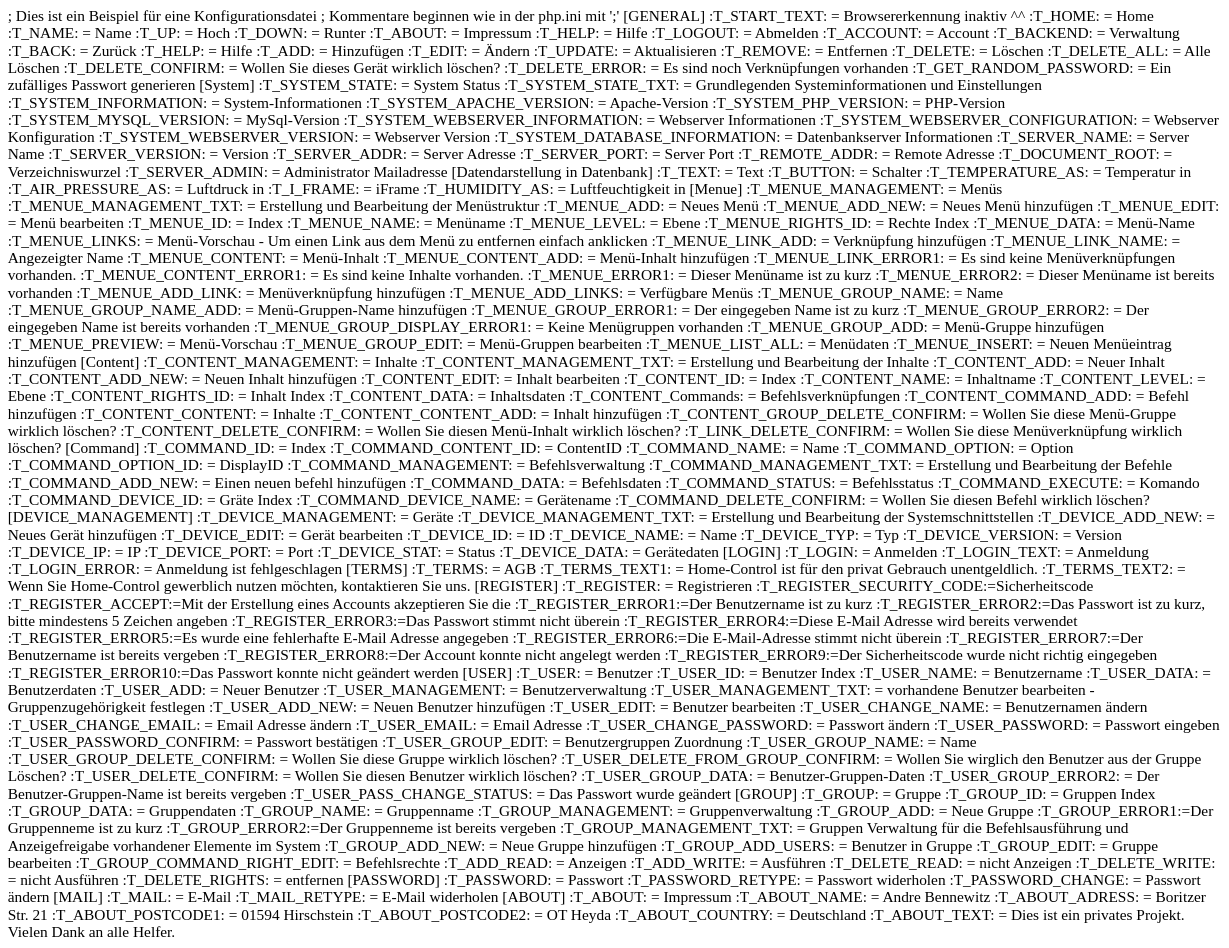
Repository: 0xF3ERROR/Home-Control
Page: http://localhost/language/lang_Ger.php
An editor plug-in stored every save of this project. The page is shown before and after the next save, followed by the edit.
The browser window is 1280 px wide. The pictures show the whole page, at 96% of full size.
The page is run by PHP 8.4 with error messages shown; the project is at /var/www/html/.

Above is the page before, as saved 2012-09-17 19:23:00.

After the next save:
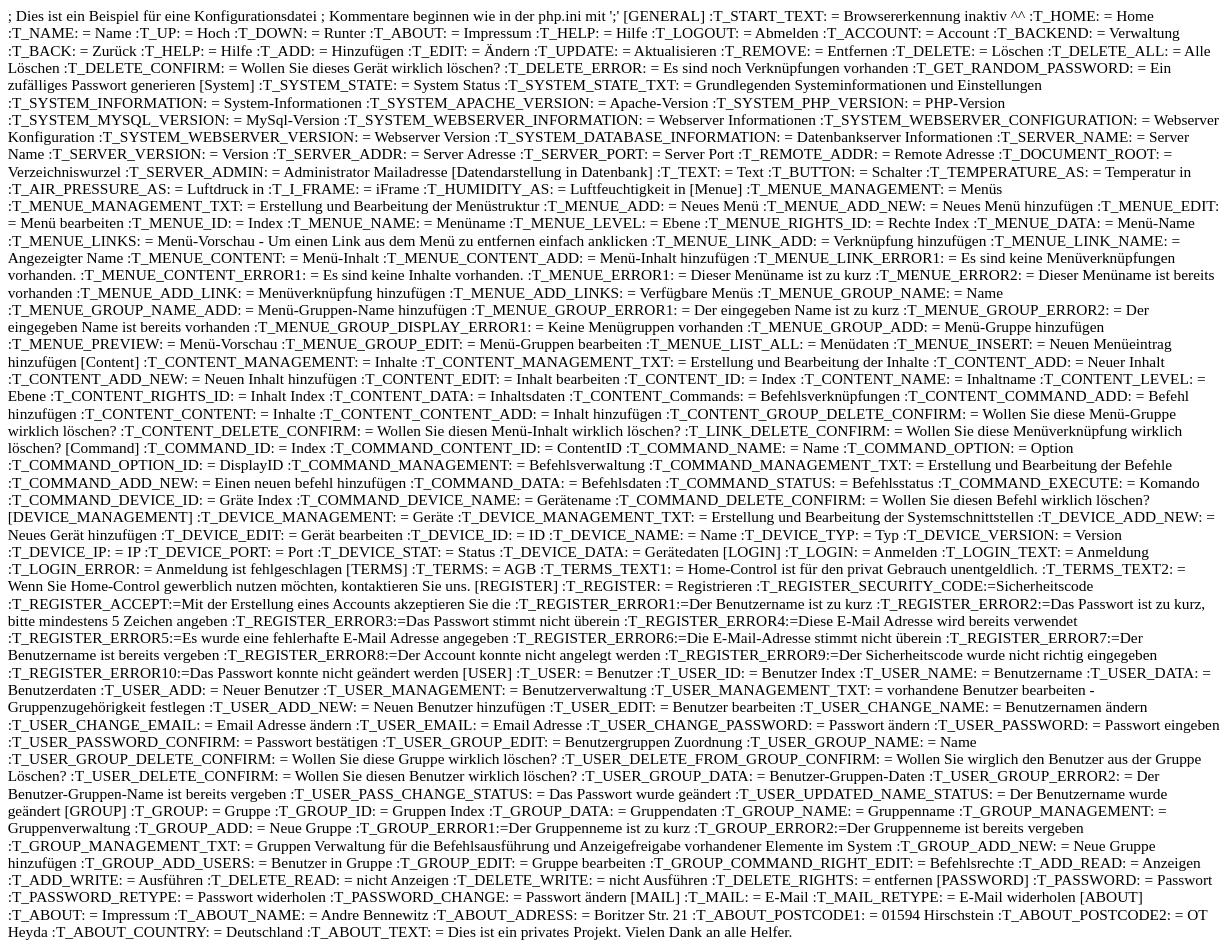
Saved 28 s later.
--- a/Source/language/lang_Ger.php
+++ b/Source/language/lang_Ger.php
@@ -198,7 +198,7 @@
 
 
 :T_USER_PASS_CHANGE_STATUS: = Das Passwort wurde geändert
-
+:T_USER_UPDATED_NAME_STATUS: = Der Benutzername wurde geändert
 
 
 [GROUP]
